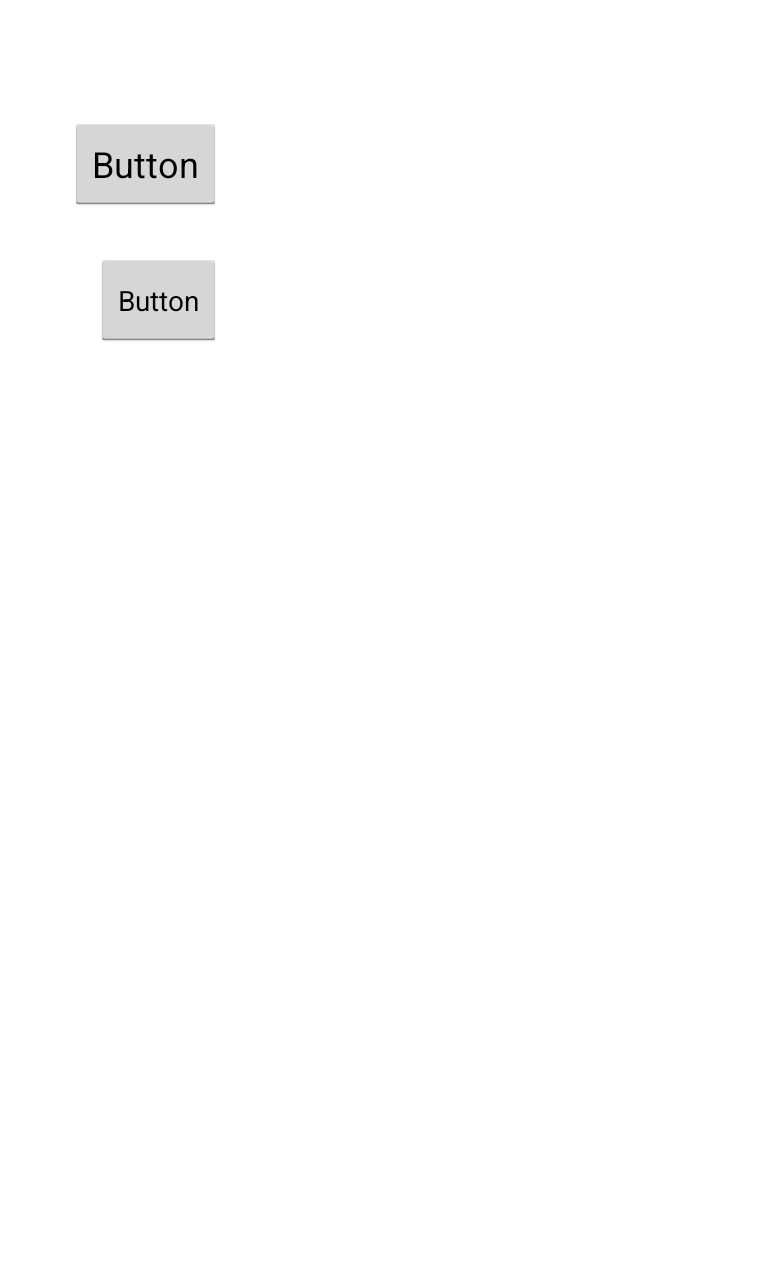
Repository: freelancer-dorian/exerciseAndroid
Layout: 05-20-UIBasic/Buttons/res/layout/fragment_main.xml
The author's editor kept a copy of each file at every save. The layout is drawn from the files as they stood at one save, then again after the next save.
It is drawn on a 768 x 1280 px phone screen (xhdpi) without system bars, with theme AppTheme; the app's code is not run.

Above is the layout before, as saved 2014-05-20 03:24:56.

After the next save:
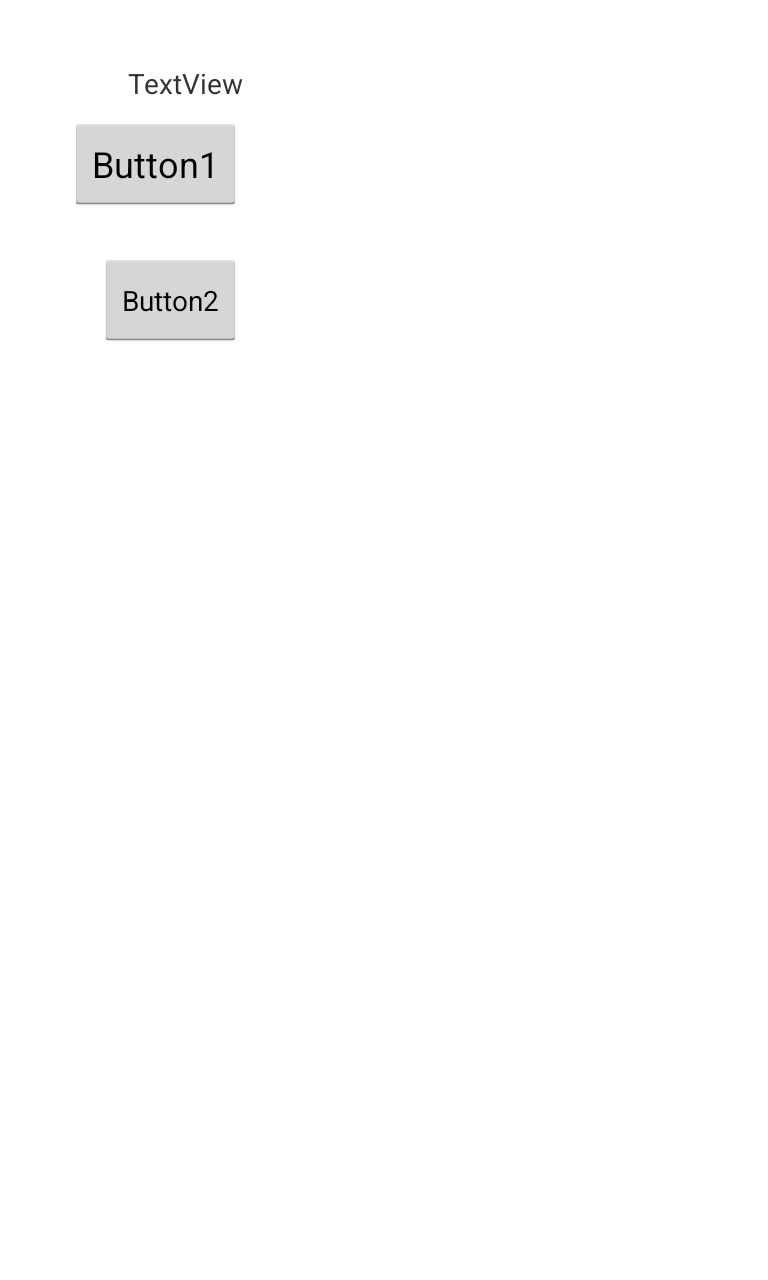
Saved 30 s later.
--- a/05-20-UIBasic/Buttons/res/layout/fragment_main.xml
+++ b/05-20-UIBasic/Buttons/res/layout/fragment_main.xml
@@ -16,7 +16,7 @@
         android:layout_alignParentTop="true"
         android:layout_marginLeft="18dp"
         android:layout_marginTop="42dp"
-        android:text="Button" />
+        android:text="Button1" />
 
     <Button
         android:id="@+id/button2"
@@ -26,6 +26,15 @@
         android:layout_alignRight="@+id/button1"
         android:layout_below="@+id/button1"
         android:layout_marginTop="20dp"
-        android:text="Button" />
+        android:text="Button2" />
+
+    <TextView
+        android:id="@+id/textView1"
+        android:layout_width="wrap_content"
+        android:layout_height="wrap_content"
+        android:layout_alignParentTop="true"
+        android:layout_alignRight="@+id/button1"
+        android:layout_marginTop="16dp"
+        android:text="TextView" />
 
 </RelativeLayout>
